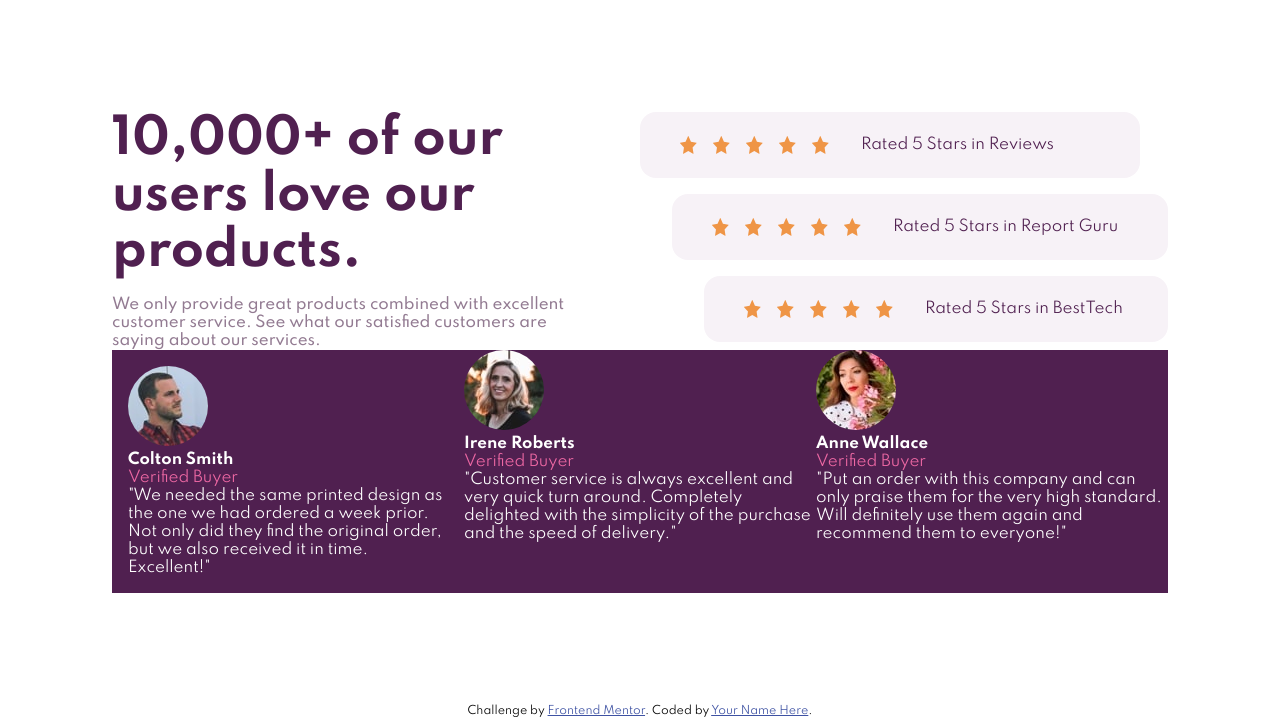
Repository: Pedrohamoura-Git/Frontend-Mentor-Challenges
Page: Newbie/social-proof-section-master/index.html
These files come from the project's save history. The page is drawn as it stood at one moment and after the next save; the edit follows.
The browser window is 1280 px wide. The pictures show the whole page.

Above is the page before, as saved 2021-05-30 12:30:37.

After the next save:
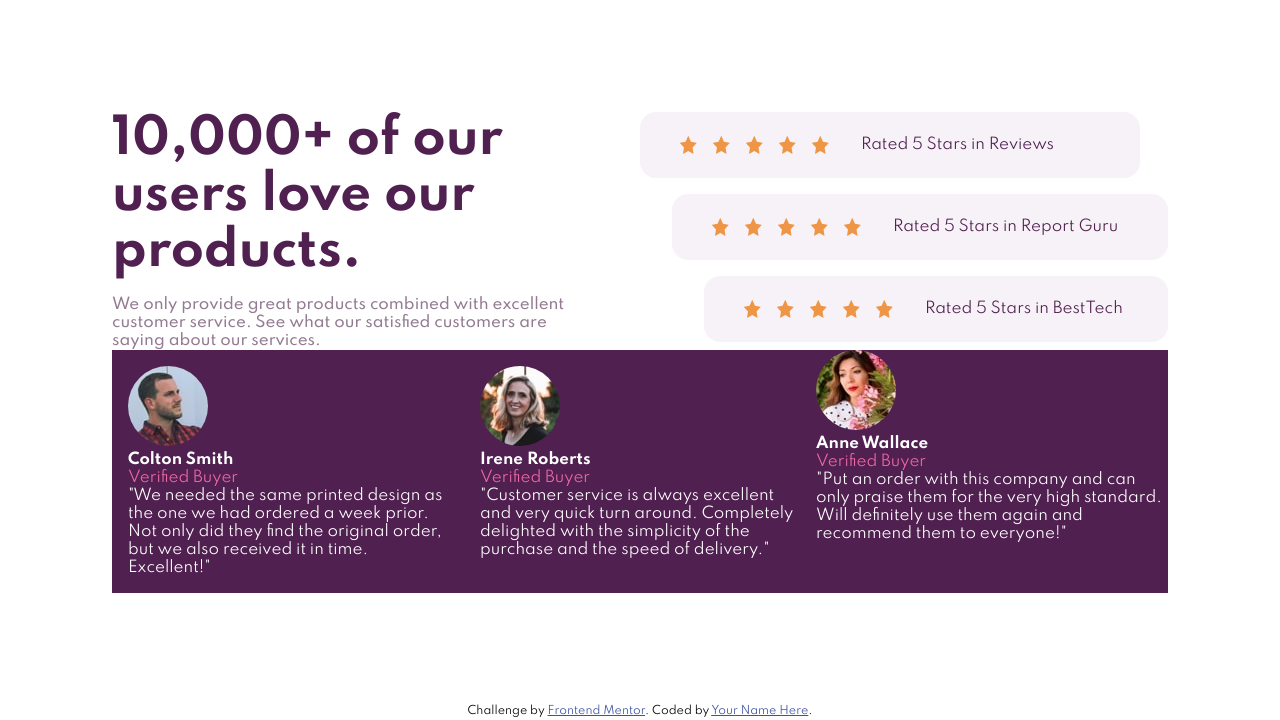
Saved 2 s later.
--- a/Newbie/social-proof-section-master/css/style.css
+++ b/Newbie/social-proof-section-master/css/style.css
@@ -140,7 +140,7 @@
             /* column-gap: 1rem; */
         }
 
-        #section-d, #section-d, #section-f
+        #section-d, #section-e, #section-f
 
         #section-d {
             padding: 1rem;
